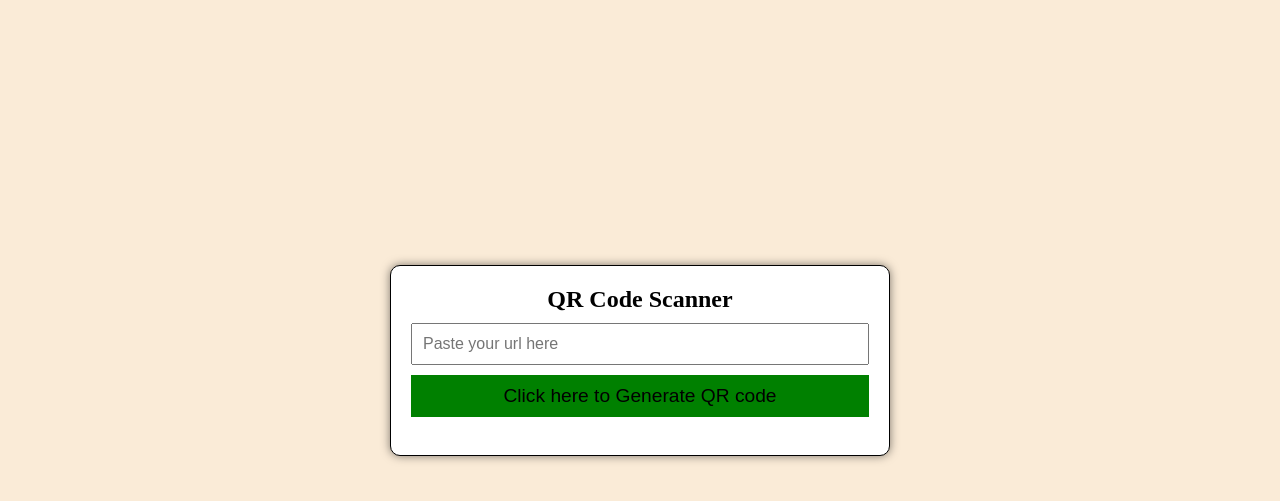
Repository: JunaidAnsari202/QR-Scanner
Page: index.html
These files come from the project's save history. The page is drawn as it stood at one moment and after a run of saves; the edit follows.
The browser window is 1280 px wide. The pictures show the whole page.

Above is the page before, as saved 2024-10-12 12:25:42.

### index.html
<!DOCTYPE html>
<html lang="en">
<head>
    <meta charset="UTF-8">
    <meta name="viewport" content="width=device-width, initial-scale=1.0">
    <title>Document</title><link rel="stylesheet" href="style.css">
</head>
<body>
    <div class="qr-container">
        <h2>QR Code Scanner</h2>
        <input type="text" id="qr-input" placeholder="Paste your url here">
        <button id="qr-button">Click here to Generate QR code</button>
        <img src="" alt="" id="qr-img">
    </div>
</body>
<script src="scripit.js"></script>
</html>

### style.css
*{
    padding: 0;
    margin: 0;
    box-sizing: border-box;
}

body{
    background-color: antiquewhite;
    display: flex;
    justify-content: center;
    align-items: center;
    height: 100vh;
}

.qr-container{
    border: 1px solid black;
    border-radius: 10px;
    padding: 20px;
    width: 500px;
    box-shadow: 0 0 10px 0 rgba(0,0,0,0.5 );
    background-color: white;
}

h2{
    text-align: center;
    margin-bottom: 10px;
}

#qr-input{
    display: block;
    margin-bottom: 10px;
    width: 100%;
    font-size: 16px;
    padding: 10px;
}

#qr-button{
    width: 100%;
    padding: 10px;
    font-size: 1.2rem;
    border: none;
    background-color:green;
    co
}

Loaded but not shown: scripit.js (no copy from this time; the picture is the same without it)

After the next 3 saves:
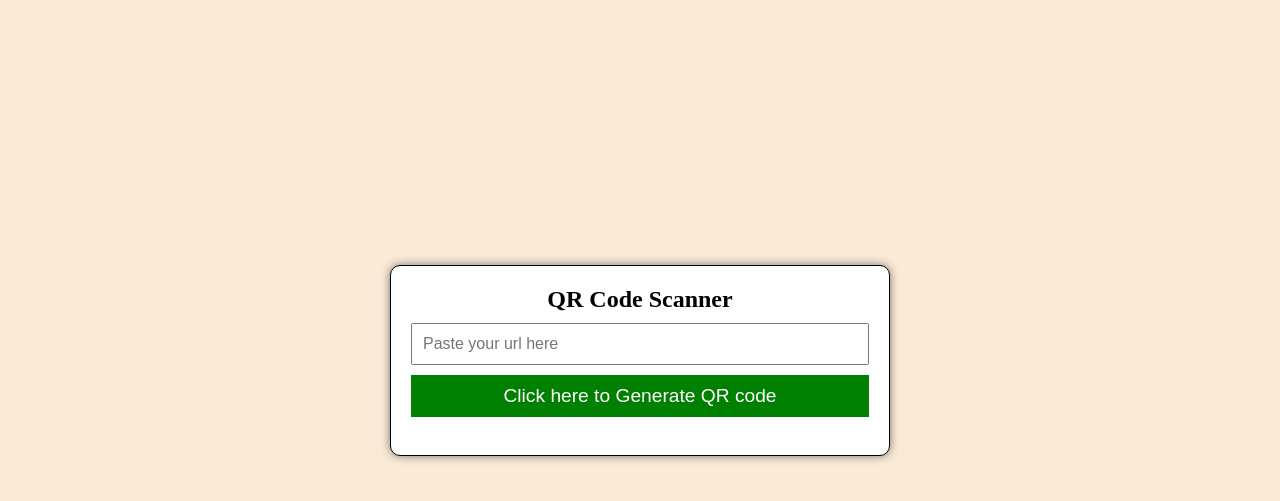
The 3 saves are shown as one change because they came seconds apart.
The last was saved 8 s later.
--- a/style.css
+++ b/style.css
@@ -40,5 +40,5 @@ h2{
     font-size: 1.2rem;
     border: none;
     background-color:green;
-    co
+    color: white;
 }
